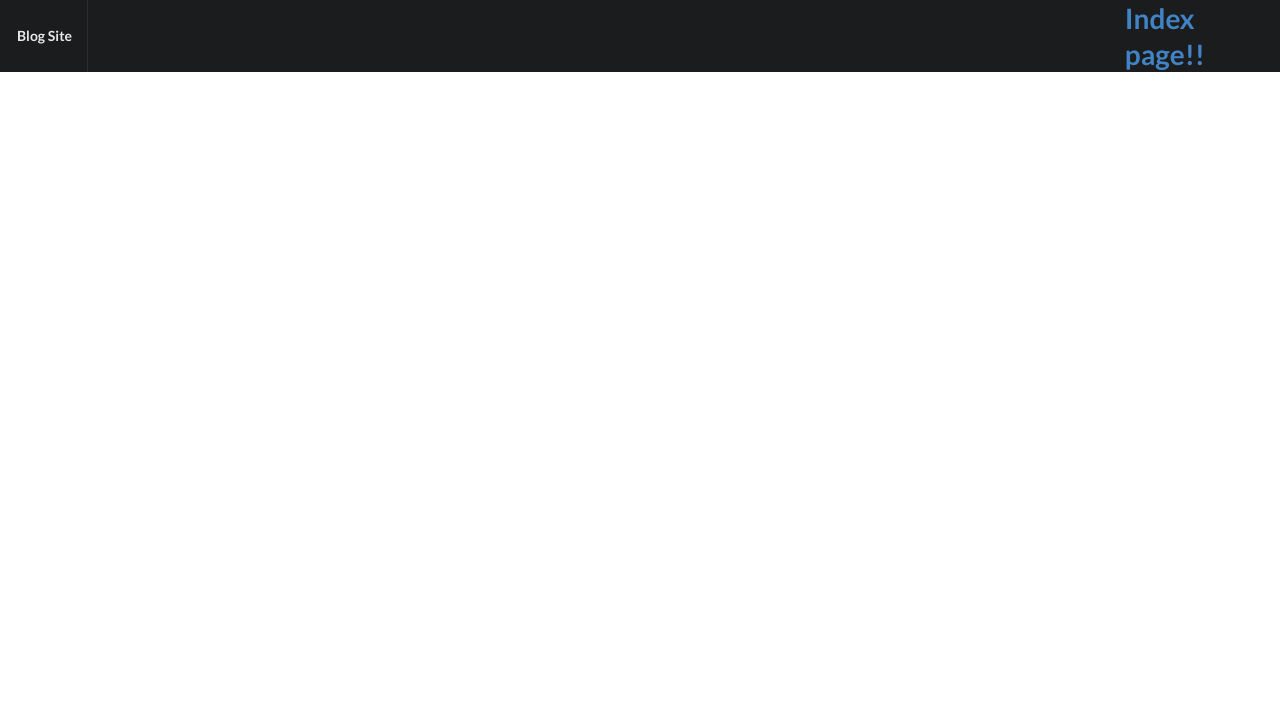
Repository: Nafeek30/WebProjects
Page: http://localhost/blogs
The author's editor kept a record of every edit. The page is drawn from the files as they stood at one moment, then again after the next edit.
The browser window is 1280 px wide. The pictures show the whole page.
The page is served by the project's Node server (RESTfulBlogApp/app.js). Queries for data that is not in the repository find no rows.

Above is the page before.

After the next edit:
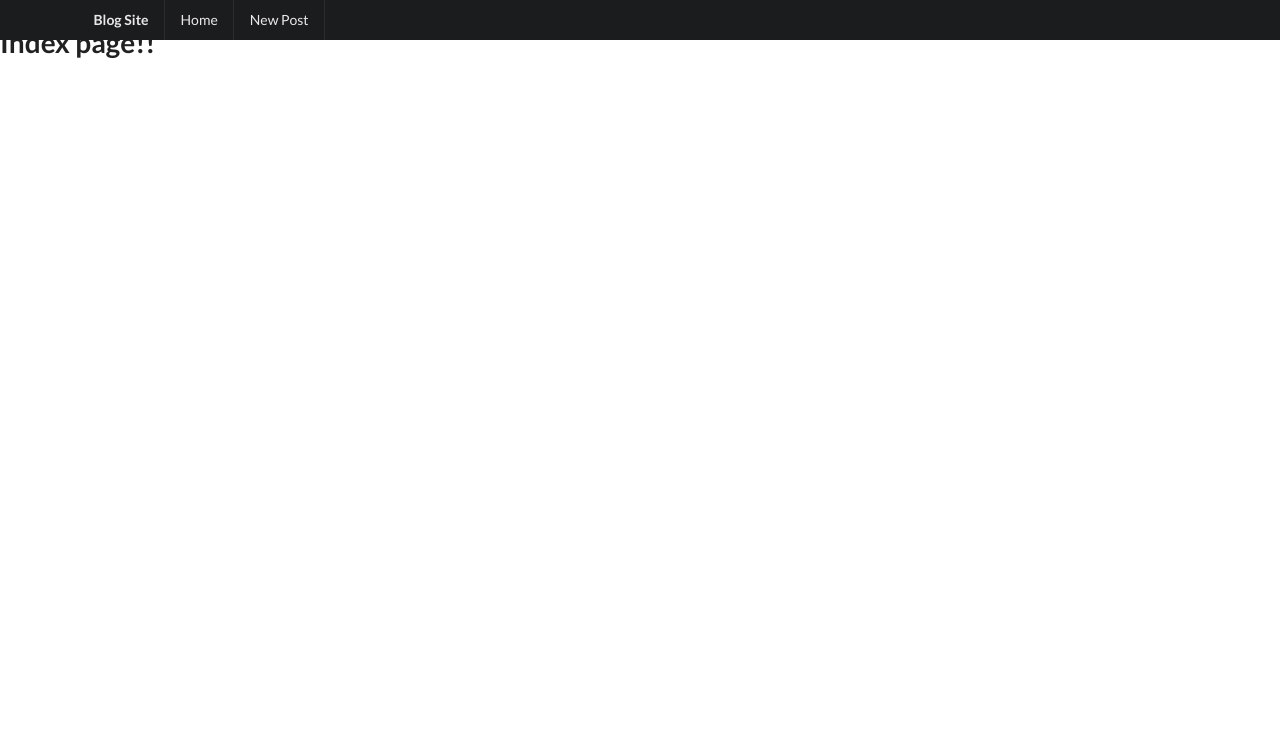
The edit:
--- a/Cloud 9 projects/RESTfulBlogApp/views/partials/header.ejs
+++ b/Cloud 9 projects/RESTfulBlogApp/views/partials/header.ejs
@@ -8,6 +8,7 @@
         <div class="ui fixed inverted menu">
             <div class="ui container">
                 <div class="header item">Blog Site</div>
+                <a href="/" class="item">Home</a>
+                <a href="/blogs/new" class="item">New Post</a>
             </div>
-            <a href="/" class
         </div>
